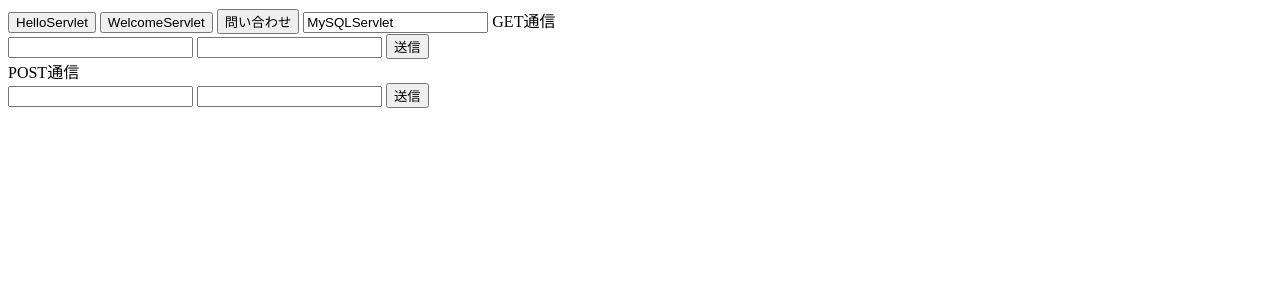
Repository: Zz313s/backup
Page: http://localhost/HelloServlet/
An editor plug-in stored every save of this project. The page is shown before and after the next save, followed by the edit.
The browser window is 1280 px wide. The pictures show the whole page.
The page is served by Tomcat 9.

Above is the page before, as saved 2017-11-22 10:36:45.

After the next save:
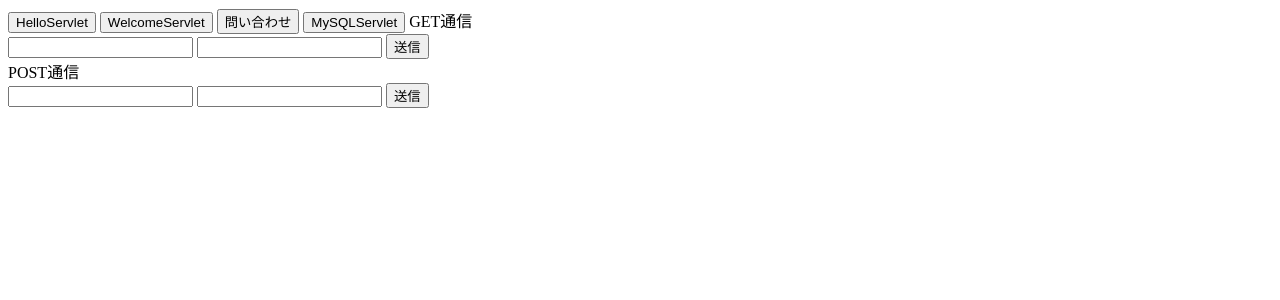
Saved 12 s later.
--- a/saba/HelloServlet/WebContent/index.jsp
+++ b/saba/HelloServlet/WebContent/index.jsp
@@ -10,7 +10,7 @@
 <input type="button" value="HelloServlet" onClick="location.href='HelloServlet'">
 <input type="button" value="WelcomeServlet" onClick="location.href='welcome.jsp'">
 <input type="button" value="問い合わせ" onClick="location.href='inquiry.jsp'">
-<input tyoe="button" value="MySQLServlet" onClicck="location='NySQLServlet'">
+<input type="button" value="MySQLServlet" onClicck="location='NySQLServlet'">
 GET通信
 <form method="get" action="TestServlet">
 <input type="text" name="username">
